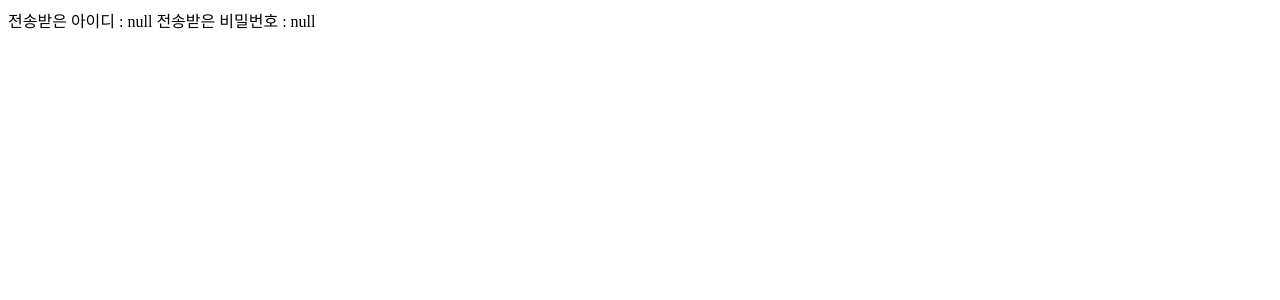
Repository: Yingjae/jsp_practice
Page: http://localhost/JSPBasic/JspObject/1.requests/req_param_getpost.jsp
The author's editor kept a copy of each file at every save. The page is drawn from the files as they stood at one save, then again after the next save.
The browser window is 1280 px wide. The pictures show the whole page.
The page is served by Tomcat 9.

Above is the page before, as saved 2022-02-03 05:39:08.

### JSPBasic/src/main/webapp/JspObject/1.requests/req_param_getpost.jsp
<%@ page language="java" contentType="text/html; charset=UTF-8"
    pageEncoding="UTF-8"%>
<%
	// name "apple"에 딸려온 데이터 조회
	String id = request.getParameter("apple");
	// name "banana"에 딸려온 데이터를 변수 pw에 저장 후 body에 출력해보세요.
	String pw = request.getParameter("banana");
%>
<!DOCTYPE html>
<html>
<head>
<meta charset="UTF-8">
<title>Insert title here</title>
</head>
<body>

	전송받은 아이디 : <%= id %>
	전송받은 비밀번호 : <%= pw %>
</body>
</html>

After the next save:
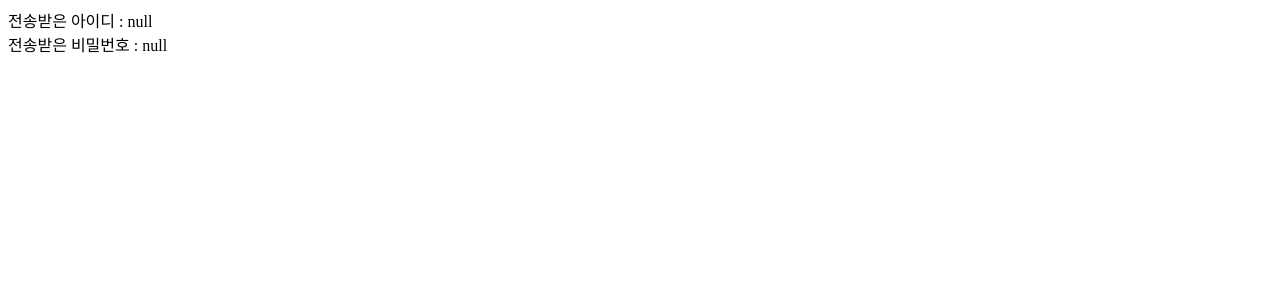
Saved 14 s later.
--- a/JSPBasic/src/main/webapp/JspObject/1.requests/req_param_getpost.jsp
+++ b/JSPBasic/src/main/webapp/JspObject/1.requests/req_param_getpost.jsp
@@ -14,7 +14,7 @@
 </head>
 <body>
 
-	전송받은 아이디 : <%= id %>
-	전송받은 비밀번호 : <%= pw %>
+	전송받은 아이디 : <%= id %><br/>
+	전송받은 비밀번호 : <%= pw %><br/>
 </body>
 </html>
